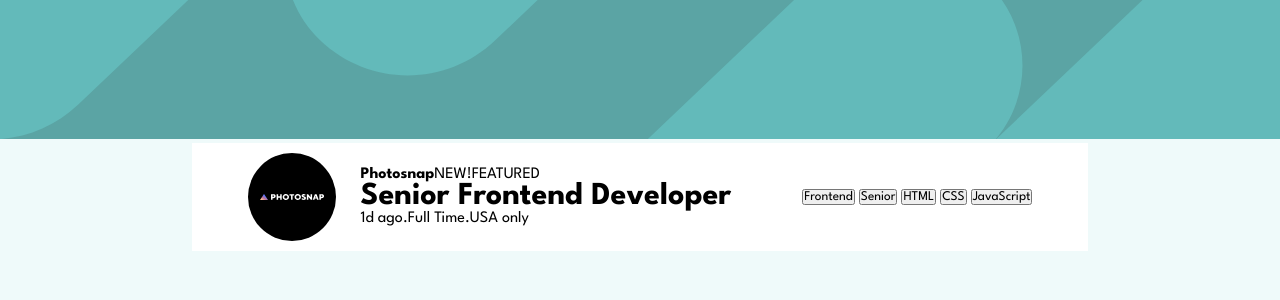
Repository: Eldream12/JobListing
Page: index.html
These files come from the project's save history. The page is drawn as it stood at one moment and after the next save; the edit follows.
The browser window is 1280 px wide. The pictures show the whole page.

Above is the page before, as saved 2025-03-31 11:16:03.

### index.html
<!DOCTYPE html>
<html lang="en">
	<head>
		<meta charset="UTF-8" />
		<meta name="viewport" content="width=device-width, initial-scale=1.0" />
		<title>Job Listing</title>
		<link rel="stylesheet" href="style/style.css" />
	</head>

	<body>
		<header>
			<div>
				<img src="Images/bg-header-desktop.svg" alt="NavHeader" />
			</div>
		</header>

		<main>
			<div class="content-carrier">
				<div class="content">
					<div class="ctn">
						<img src="Images/photosnap.svg" alt="photosnap" />
						<div class="content-text">
							<div class="txt-1">
								<h4>Photosnap</h4>
								<p>NEW!</p>
								<p>FEATURED</p>
							</div>
							<div class="txt-2">
								<h1>Senior Frontend Developer</h1>
							</div>
							<div class="txt-3">
								<p>1d ago</p>
								<p>.</p>
								<p>Full Time</p>
								<p>.</p>
								<p>USA only</p>
							</div>
						</div>
					</div>

					<div class="btn">
						<button>Frontend</button>
						<button>Senior</button>
						<button>HTML</button>
						<button>CSS</button>
						<button>JavaScript</button>
					</div>
				</div>
			</div>
		</main>
		<footer></footer>
	</body>
</html>

### style/style.css
@import url("https://fonts.googleapis.com/css2?family=League+Spartan:wght@100..900&display=swap");

* {
	font-family: League Spartan;
	margin: 0;
	padding: 0;
	box-sizing: border-box;
}

html body {
	background-color: hsl(180, 52%, 96%);
}

header img {
	width: 100%;
	background-color: hsl(180, 29%, 50%);
}

.content-carrier .content {
	display: flex;
	background-color: #ffffff;
	align-items: center;
	justify-content: space-around;
	max-width: 70%;
	margin: auto;
  padding: 10px 20px 10px 20px;
}

.content-carrier .content .txt-1 {
	display: flex;
}

.content-carrier .content .txt-3 {
	display: flex;
}

.content-carrier .content .ctn {
	display: flex;
	align-items: center;
}

.content .ctn img {
  margin-right: 25px;
}

After the next save:
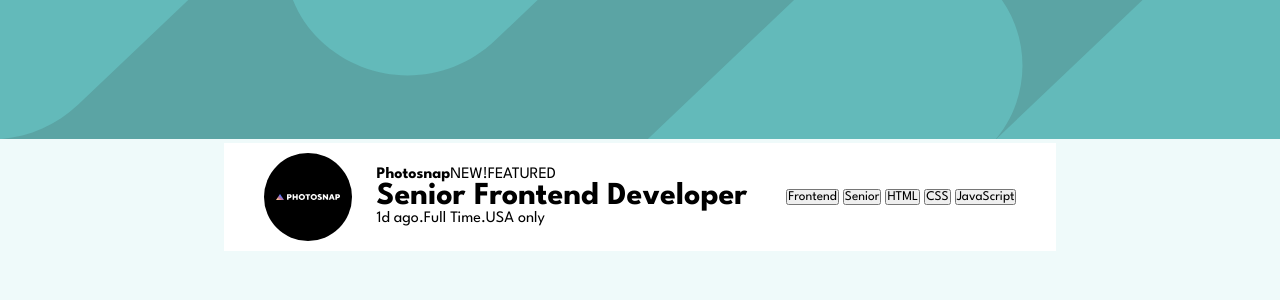
Saved 25 s later.
--- a/style/style.css
+++ b/style/style.css
@@ -21,7 +21,7 @@ header img {
 	background-color: #ffffff;
 	align-items: center;
 	justify-content: space-around;
-	max-width: 70%;
+	max-width: 65%;
 	margin: auto;
   padding: 10px 20px 10px 20px;
 }
